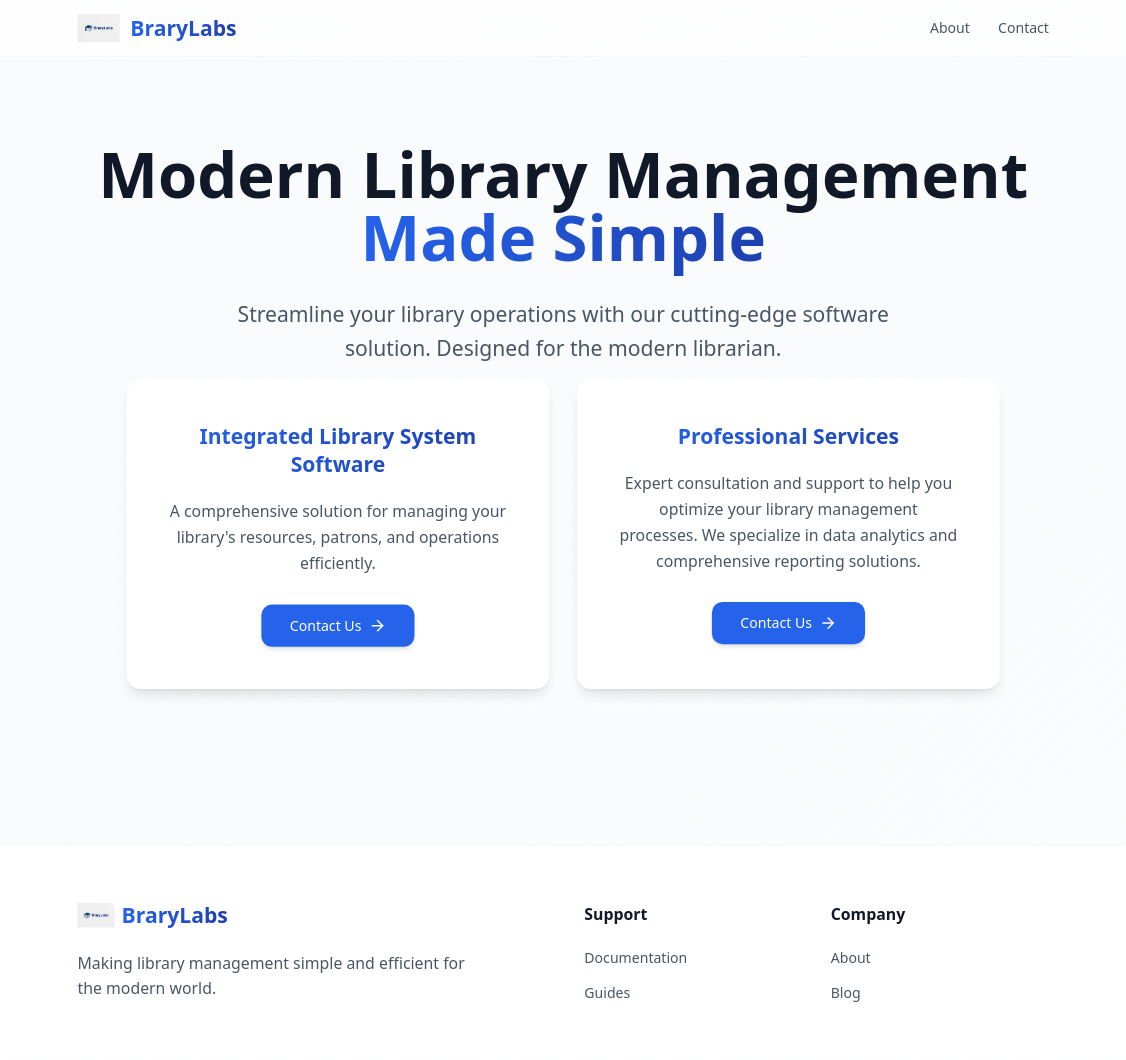
Repository: bgroble14/brarylabs-website
Page: /
These files come from the project's save history. The page is drawn as it stood at one moment and after the next save; the edit follows.
The browser window is 1280 px wide. The pictures show the whole page, at 88% of full size.
The project was rebuilt for these pictures with package versions that can differ from the ones it lists, and the page was loaded fresh each time. Also part of the build but not shown: vite.config.ts.

Above is the page before, as saved 2025-01-16 17:00:57.

### src/App.tsx
import React from 'react';
import { Book, ArrowRight } from 'lucide-react';

interface SectionProps {
  title: string;
  description: string;
}

const Section: React.FC<SectionProps> = ({ title, description }) => (
  <div className="w-full p-12 bg-white rounded-2xl shadow-lg hover:shadow-xl transition-all duration-300 flex flex-col items-center text-center relative overflow-hidden group">
    <div className="absolute inset-0 bg-gradient-to-br from-blue-50/50 to-transparent opacity-0 group-hover:opacity-100 transition-opacity duration-300" />

    <div className="relative z-10">
      <h3 className="text-2xl font-semibold mb-6 bg-clip-text text-transparent bg-gradient-to-r from-blue-600 to-blue-800">
        {title}
      </h3>
      <p className="text-gray-600 mb-8 text-lg leading-relaxed max-w-md">
        {description}
      </p>
      <button className="bg-blue-600 text-white px-8 py-3 rounded-xl hover:bg-blue-700 flex items-center mx-auto font-medium shadow-md hover:shadow-lg transition-all duration-300 group/button">
        Contact Us
        <ArrowRight className="ml-2 h-5 w-5 transform group-hover/button:translate-x-1 transition-transform" />
      </button>
    </div>
  </div>
);

function App() {
  return (
    <div className="min-h-screen bg-gradient-to-br from-gray-50 to-blue-50/30">
      {/* Navigation */}
      <nav className="bg-white/80 backdrop-blur-md sticky top-0 z-50 border-b border-gray-100">
        <div className="max-w-6xl mx-auto px-6 py-4">
          <div className="flex justify-between items-center">
            <div className="flex items-center space-x-3">
              <div className="flex items-center group">
                <img
                  src="/logo.png"
                  alt="BraryLabs Logo"
                  className="h-8 w-auto transform group-hover:scale-110 transition-transform duration-300 mix-blend-multiply"
                />
                <span className="text-2xl font-bold ml-3 bg-clip-text text-transparent bg-gradient-to-r from-blue-600 to-blue-800">
                  BraryLabs
                </span>
              </div>
            </div>
            <div className="flex space-x-8">
              <a href="#about" className="text-gray-600 hover:text-blue-600 transition-colors font-medium">About</a>
              <a href="#contact" className="text-gray-600 hover:text-blue-600 transition-colors font-medium">Contact</a>
            </div>
          </div>
        </div>
      </nav>

      {/* Hero Section */}
      <div className="relative overflow-hidden">
        <div className="max-w-6xl mx-auto px-6 pt-24 pb-20">
          <div className="text-center relative z-10">
            <h1 className="text-5xl md:text-7xl font-bold mb-8 leading-tight">
              <span className="text-gray-900">Modern Library Management</span>
              <br />
              <span className="bg-clip-text text-transparent bg-gradient-to-r from-blue-600 to-blue-800">
                Made Simple
              </span>
            </h1>
            <p className="text-2xl text-gray-600 mb-4 max-w-3xl mx-auto font-medium leading-relaxed">
              Streamline your library operations with our cutting-edge software solution.
              Designed for the modern librarian.
            </p>

            {/* Service Sections */}
            <div className="grid md:grid-cols-2 gap-8 max-w-5xl mx-auto px-4">
              <Section
                title="Integrated Library System Software"
                description="A comprehensive solution for managing your library's resources, patrons, and operations efficiently."
              />
              <Section
                title="Professional Services"
                description="Expert consultation and support to help you optimize your library management processes. We specialize in data analytics and comprehensive reporting solutions."
              />
            </div>
          </div>
        </div>
      </div>

      {/* Footer */}
      <footer className="bg-white mt-24 border-t border-gray-100">
        <div className="max-w-6xl mx-auto px-6 py-16">
          <div className="grid md:grid-cols-2 gap-12">
            <div>
              <div className="flex items-center space-x-2 mb-6">
                <img
                  src="/logo.png"
                  alt="BraryLabs Logo"
                  className="h-7 w-auto mix-blend-multiply"
                />
                <span className="font-bold text-2xl bg-clip-text text-transparent bg-gradient-to-r from-blue-600 to-blue-800">
                  BraryLabs
                </span>
              </div>
              <p className="text-gray-600 text-lg leading-relaxed max-w-md">
                Making library management simple and efficient for the modern world.
              </p>
            </div>
            <div className="grid grid-cols-2 gap-8">
              <div>
                <h3 className="font-semibold text-lg mb-6 text-gray-900">Support</h3>
                <ul className="space-y-4">
                  <li>
                    <a href="#docs" className="text-gray-600 hover:text-blue-600 transition-colors">
                      Documentation
                    </a>
                  </li>
                  <li>
                    <a href="#guides" className="text-gray-600 hover:text-blue-600 transition-colors">
                      Guides
                    </a>
                  </li>
                </ul>
              </div>
              <div>
                <h3 className="font-semibold text-lg mb-6 text-gray-900">Company</h3>
                <ul className="space-y-4">
                  <li>
                    <a href="#about" className="text-gray-600 hover:text-blue-600 transition-colors">
                      About
                    </a>
                  </li>
                  <li>
                    <a href="#blog" className="text-gray-600 hover:text-blue-600 transition-colors">
                      Blog
                    </a>
                  </li>
                </ul>
              </div>
            </div>
          </div>
        </div>
      </footer>
    </div>
  );
}

export default App;

Loaded but not shown: index.html (common file); src/main.tsx (common file); src/index.css (common file); tailwind.config.js (common file)

After the next save:
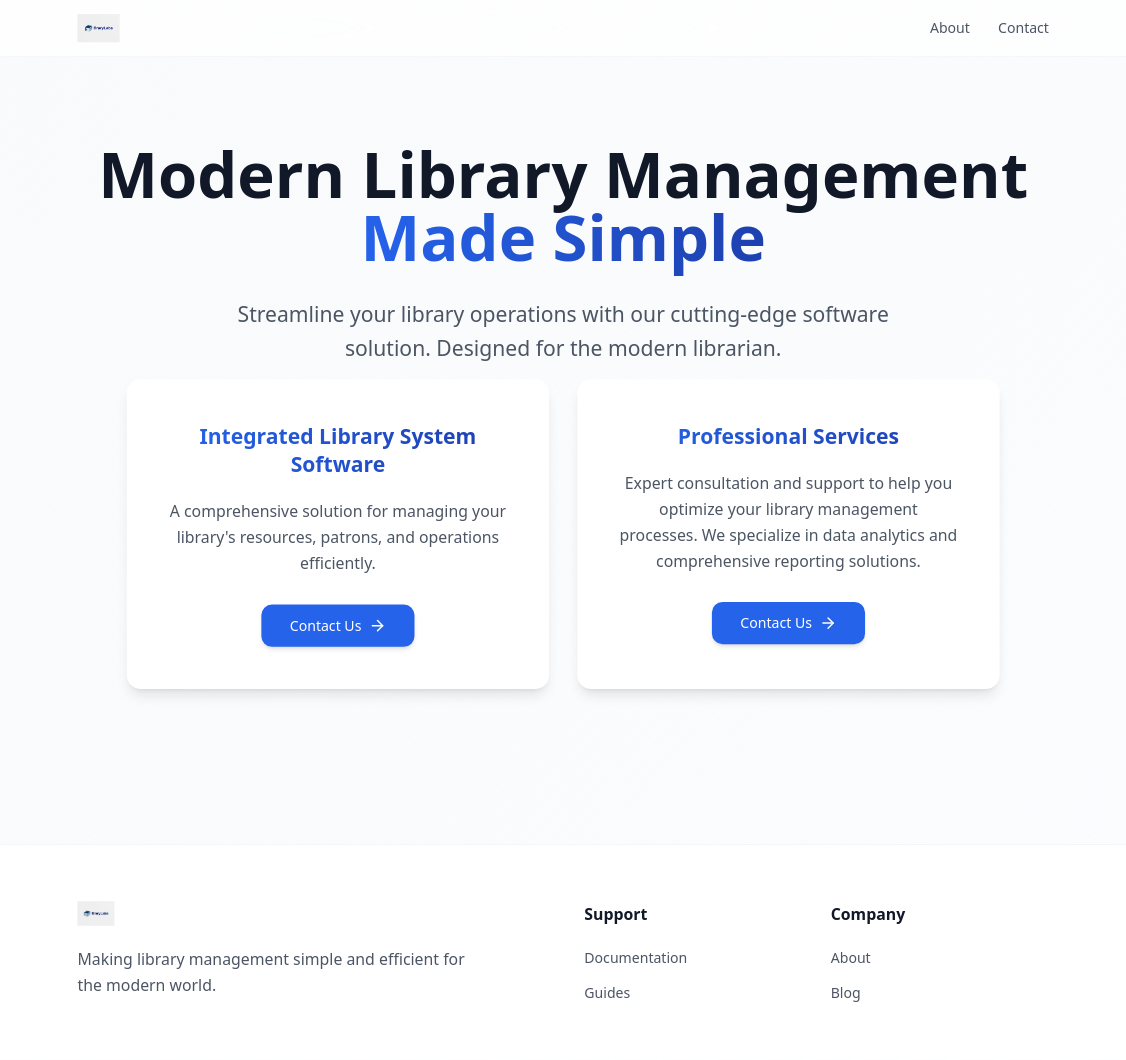
Saved 4 min 20 s later.
--- a/src/App.tsx
+++ b/src/App.tsx
@@ -39,9 +39,6 @@ function App() {
                   alt="BraryLabs Logo"
                   className="h-8 w-auto transform group-hover:scale-110 transition-transform duration-300 mix-blend-multiply"
                 />
-                <span className="text-2xl font-bold ml-3 bg-clip-text text-transparent bg-gradient-to-r from-blue-600 to-blue-800">
-                  BraryLabs
-                </span>
               </div>
             </div>
             <div className="flex space-x-8">
@@ -94,9 +91,6 @@ function App() {
                   alt="BraryLabs Logo"
                   className="h-7 w-auto mix-blend-multiply"
                 />
-                <span className="font-bold text-2xl bg-clip-text text-transparent bg-gradient-to-r from-blue-600 to-blue-800">
-                  BraryLabs
-                </span>
               </div>
               <p className="text-gray-600 text-lg leading-relaxed max-w-md">
                 Making library management simple and efficient for the modern world.
